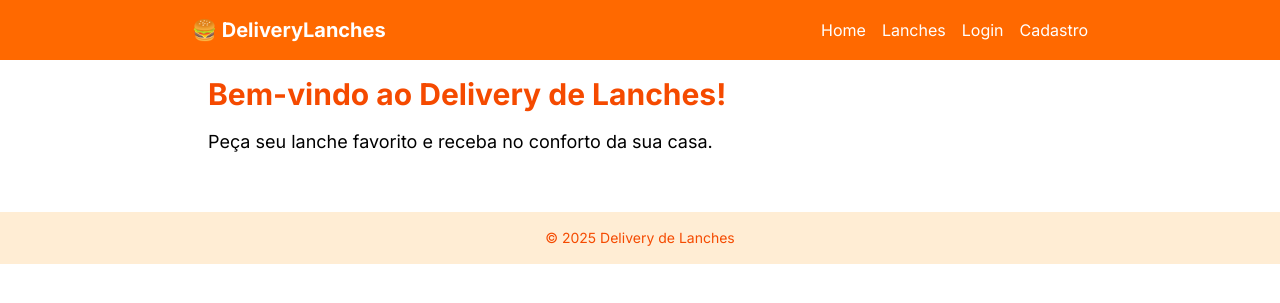
Repository: estevam02009/jk-lanches
Page: /
These files come from the project's save history. The page is drawn as it stood at one moment and after the next save; the edit follows.
The browser window is 1280 px wide. The pictures show the whole page.
The project was rebuilt for these pictures with package versions that can differ from the ones it lists, and the page was loaded fresh each time. The framework's server and built-in components were replaced by stand-ins that run in the browser. Also part of the build but not shown: next.config.ts.

Above is the page before, as saved 2025-08-05 15:32:44.

### src/app/layout.tsx
import './globals.css';
import type { Metadata } from 'next';
import { Inter } from 'next/font/google';
import Link from 'next/link';

const inter = Inter({ subsets: ['latin'] });

export const metadata: Metadata = {
  title: 'Jk Lanches',
  description: 'App de pedidos com WhatsApp',
};

export default function RootLayout({
  children,
}: {
  children: React.ReactNode;
}) {
  return (
    <html lang="pt-BR">
      <body className={inter.className}>
        <header className="bg-orange-500 text-white p-4">
          <nav className="flex justify-between items-center max-w-4xl mx-auto">
            <h1 className="text-xl font-bold">🍔 DeliveryLanches</h1>
            <ul className="flex gap-4">
              <li><Link href="/">Home</Link></li>
              <li><Link href="/produtos">Lanches</Link></li>
              <li><Link href="/login">Login</Link></li>
              <li><Link href="/cadastro">Cadastro</Link></li>
            </ul>
          </nav>
        </header>
        <main className="max-w-4xl mx-auto p-4">{children}</main>
        <footer className="bg-orange-100 text-center p-4 mt-10 text-sm text-orange-600">
          &copy; 2025 Delivery de Lanches
        </footer>
      </body>
    </html>
  );
}

### src/app/page.tsx
export default function Home() {
  return (
    <section>
      <h2 className="text-3xl font-bold text-orange-600 mb-4">Bem-vindo ao Delivery de Lanches!</h2>
      <p className="text-lg">Peça seu lanche favorito e receba no conforto da sua casa.</p>
    </section>
  );
}

Loaded but not shown: src/app/globals.css (common file)

After the next save:
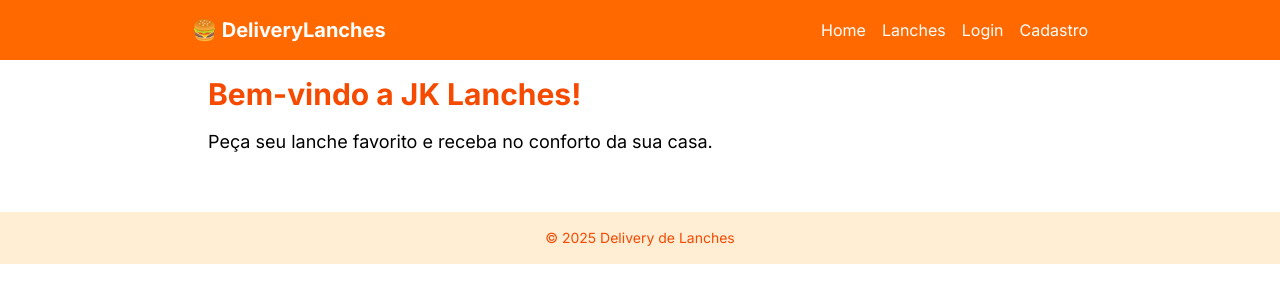
Saved 12 s later.
--- a/src/app/page.tsx
+++ b/src/app/page.tsx
@@ -1,7 +1,7 @@
 export default function Home() {
   return (
     <section>
-      <h2 className="text-3xl font-bold text-orange-600 mb-4">Bem-vindo ao Delivery de Lanches!</h2>
+      <h2 className="text-3xl font-bold text-orange-600 mb-4">Bem-vindo a JK Lanches!</h2>
       <p className="text-lg">Peça seu lanche favorito e receba no conforto da sua casa.</p>
     </section>
   );
